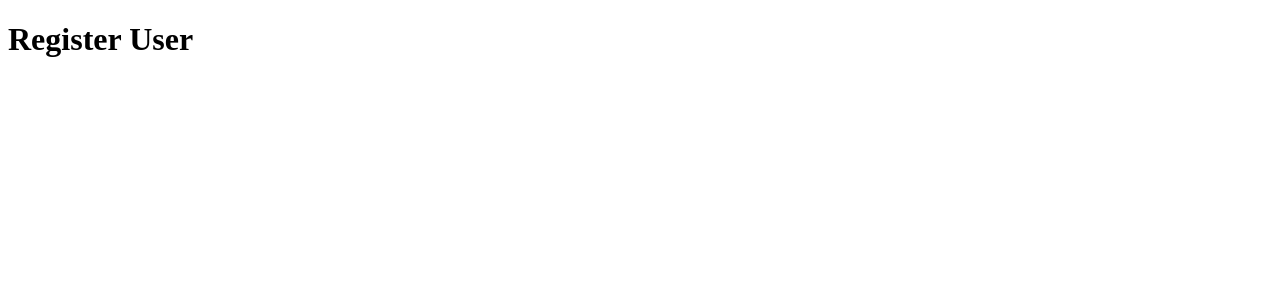
Repository: satishkumarms/WorkSpace
Page: http://localhost/MovieTicketBooking/register.jsp
An editor plug-in stored every save of this project. The page is shown before and after the next save, followed by the edit.
The browser window is 1280 px wide. The pictures show the whole page.
The page is served by Tomcat 9. Other server files are loaded and not shown.

Above is the page before, as saved 2018-07-21 11:13:55.

### MovieTicketBooking/WebContent/register.jsp
<%@ page language="java" contentType="text/html; charset=ISO-8859-1"
    pageEncoding="ISO-8859-1"%>
<!DOCTYPE html PUBLIC "-//W3C//DTD HTML 4.01 Transitional//EN" "http://www.w3.org/TR/html4/loose.dtd">
<html>
<head>
<meta http-equiv="Content-Type" content="text/html; charset=ISO-8859-1">
<title>Insert title here</title>

<script>
function checklogin(valuser) {
    user = "";
    xmlhttp = new XMLHttpRequest();
    xmlhttp.onreadystatechange=function(){
        if(xmlhttp.readyState==4){
            user = xmlhttp.responseText;
            alert("user: " + user);
            var divElement = document.getElementById('mydiv');
            divElement.innerHTML = user;
        }
    }
    xmlhttp.open("GET","usercheck?uname="+valuser,true);
    xmlhttp.send(null);
 }
 </script>
</head>
<body>
<h1> Register User</h1>


</body>





   <div id="mydiv">
   </div>


</html>

After the next save:
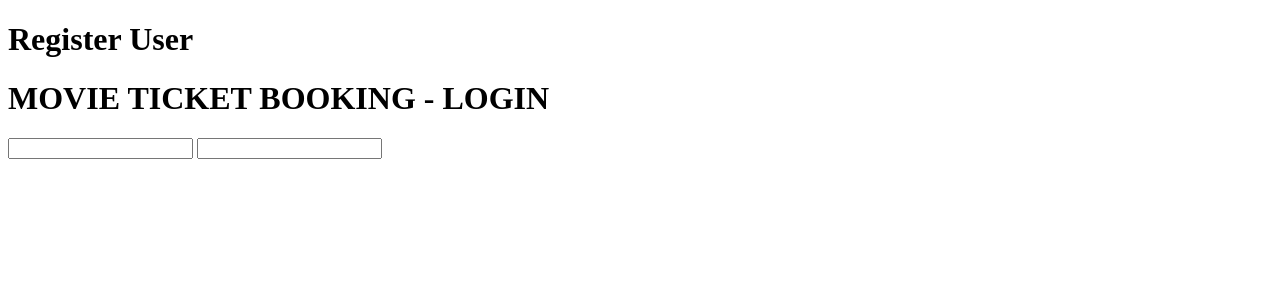
Saved 6 min 17 s later.
--- a/MovieTicketBooking/WebContent/register.jsp
+++ b/MovieTicketBooking/WebContent/register.jsp
@@ -28,7 +28,12 @@ function checklogin(valuser) {
 
 
 </body>
+<h1>MOVIE TICKET BOOKING - LOGIN</h1>
+<form action="movieLogin" method ="post">
+<input type="text" name="uname">
+<input type="password" name="password" >
 
+</form>
 
 
 
